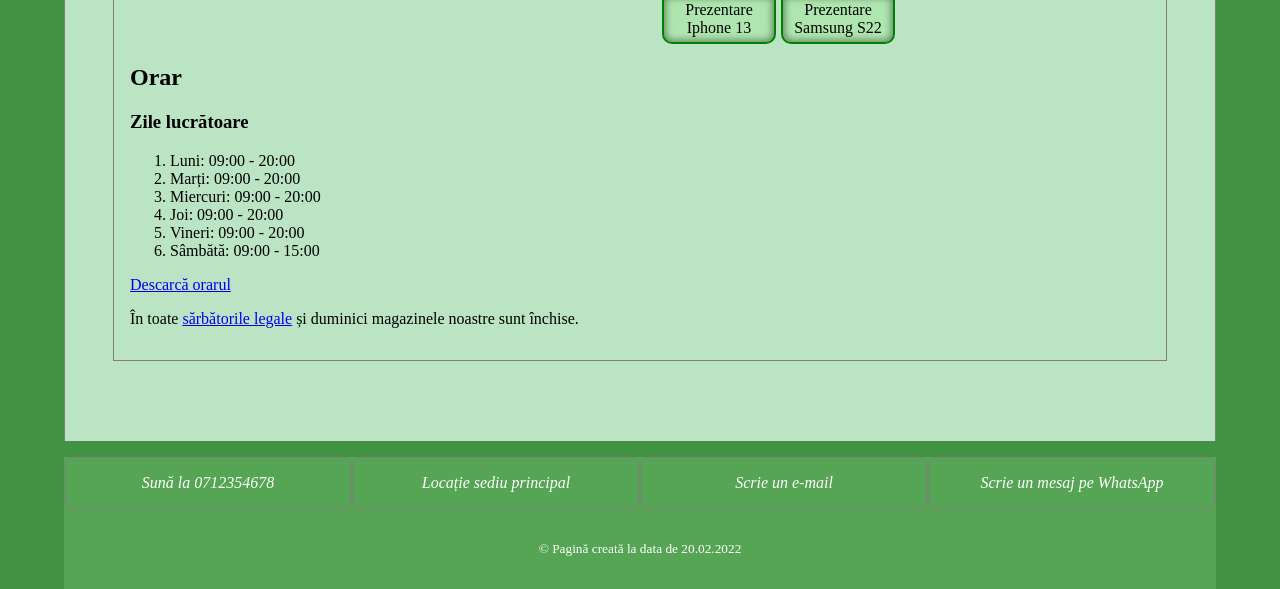
Repository: alexbanilean/Proiect-TW---ElectroHub
Page: index.html
These files come from the project's save history. The page is drawn as it stood at one moment and after the next save; the edit follows.
The browser window is 1280 px wide. The pictures show the part of the page from y = 3438 to 4027 px (the page is 4027 px tall before and 4011 px after).

Above is the page before, as saved 2022-03-06 19:18:40.

After the next save:
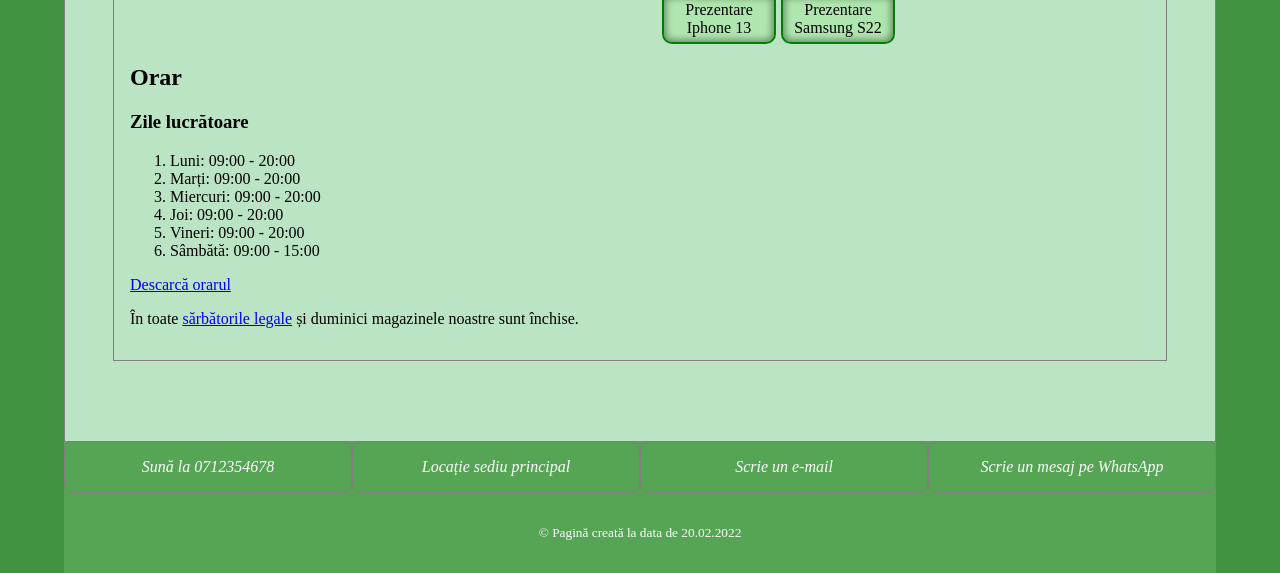
Saved 23 s later.
--- a/resurse/css/general.css
+++ b/resurse/css/general.css
@@ -115,6 +115,7 @@
 footer>address{
     display: flex;
     flex-direction: row;
+    jus
     margin-top: 1rem;
     background-color: none;
 }

After the save that followed:
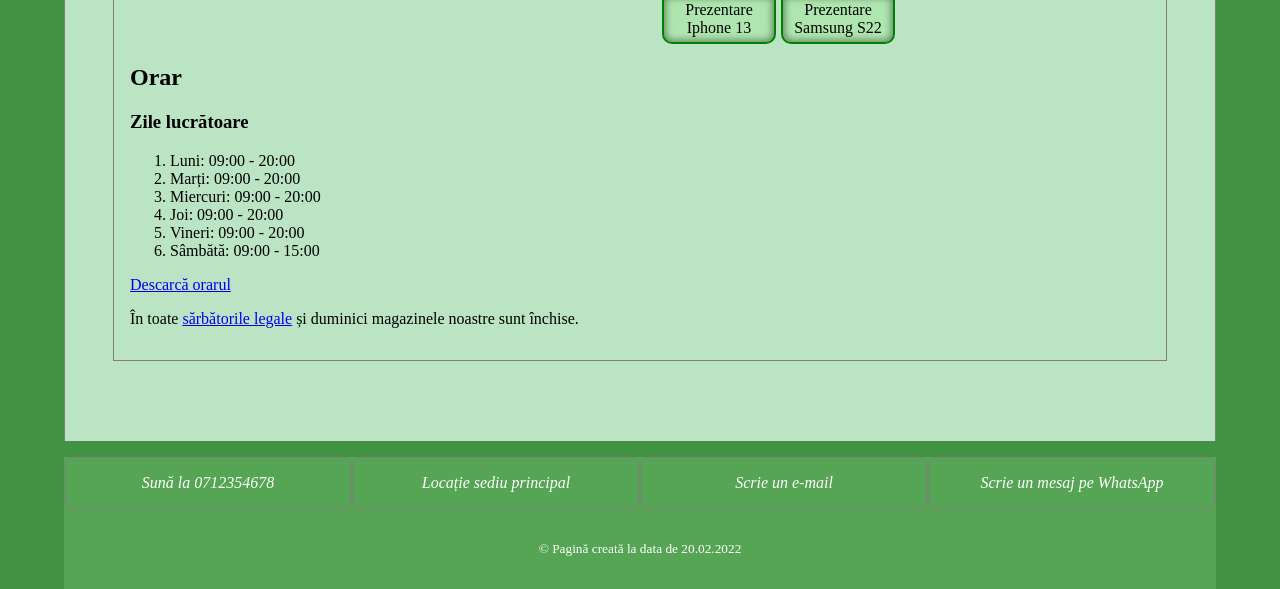
Saved 4 s later.
--- a/resurse/css/general.css
+++ b/resurse/css/general.css
@@ -115,7 +115,8 @@
 footer>address{
     display: flex;
     flex-direction: row;
-    jus
+    justify-content: center;
+    align-items: center;
     margin-top: 1rem;
     background-color: none;
 }
